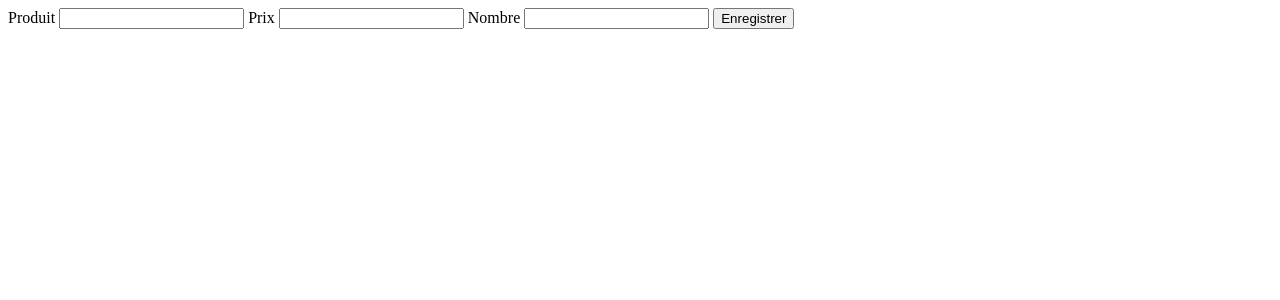
Repository: ahamie71/chat
Page: http://localhost/crud/ajoutercrud.php
These files come from the project's save history. The page is drawn as it stood at one moment and after the next save; the edit follows.
The browser window is 1280 px wide. The pictures show the whole page.
The page is run by PHP 8.4 with error messages shown; the project is at /var/www/html/.

Above is the page before, as saved 2023-01-13 10:46:07.

### crud/ajoutercrud.php
<?php
if (isset($_POST['submit'])) {

    if (isset($_POST['name']) && isset($_POST['password']) && isset($_POST['role'])) {
        $name = $_POST['name'];
        $password = $_POST['password'];
        $role = $_POST['role'];

        $db = new PDO('mysql:host=localhost;dbname=train;charset=utf8', 'root', 'root');
            $req = $db->prepare("INSERT INTO user (name,password,role) VALUES (:name,:password,:role)");
            $req->execute(
                array(
                    ':name' => $name,
                    ':password' => $pass,
                    ':role' => $role
                )
            );



    }
}
?>
<!DOCTYPE html>
<html lang="en">
<head>
    <meta charset="UTF-8">
    <meta http-equiv="X-UA-Compatible" content="IE=edge">
    <meta name="viewport" content="width=device-width, initial-scale=1.0">
    <title>Document</title>
</head>
<body>

<form method="post">
    <label for="name">Produit</label>
    <input type="text" name="produit" id="produit">
    <label for="prix">Prix</label>
    <input type="text" name="prix" id="prix">
    <label for="nombre">Nombre</label>
    <input type="number" name="nombre" id="nombre">
    <button>Enregistrer</button>
</form>

</body>
</html>

After the next save:
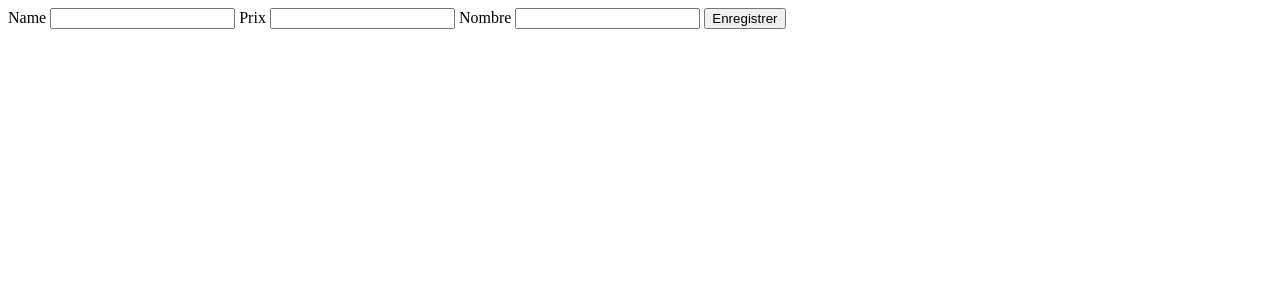
Saved 5 s later.
--- a/crud/ajoutercrud.php
+++ b/crud/ajoutercrud.php
@@ -32,7 +32,7 @@ if (isset($_POST['submit'])) {
 <body>
 
 <form method="post">
-    <label for="name">Produit</label>
+    <label for="name">Name</label>
     <input type="text" name="produit" id="produit">
     <label for="prix">Prix</label>
     <input type="text" name="prix" id="prix">
